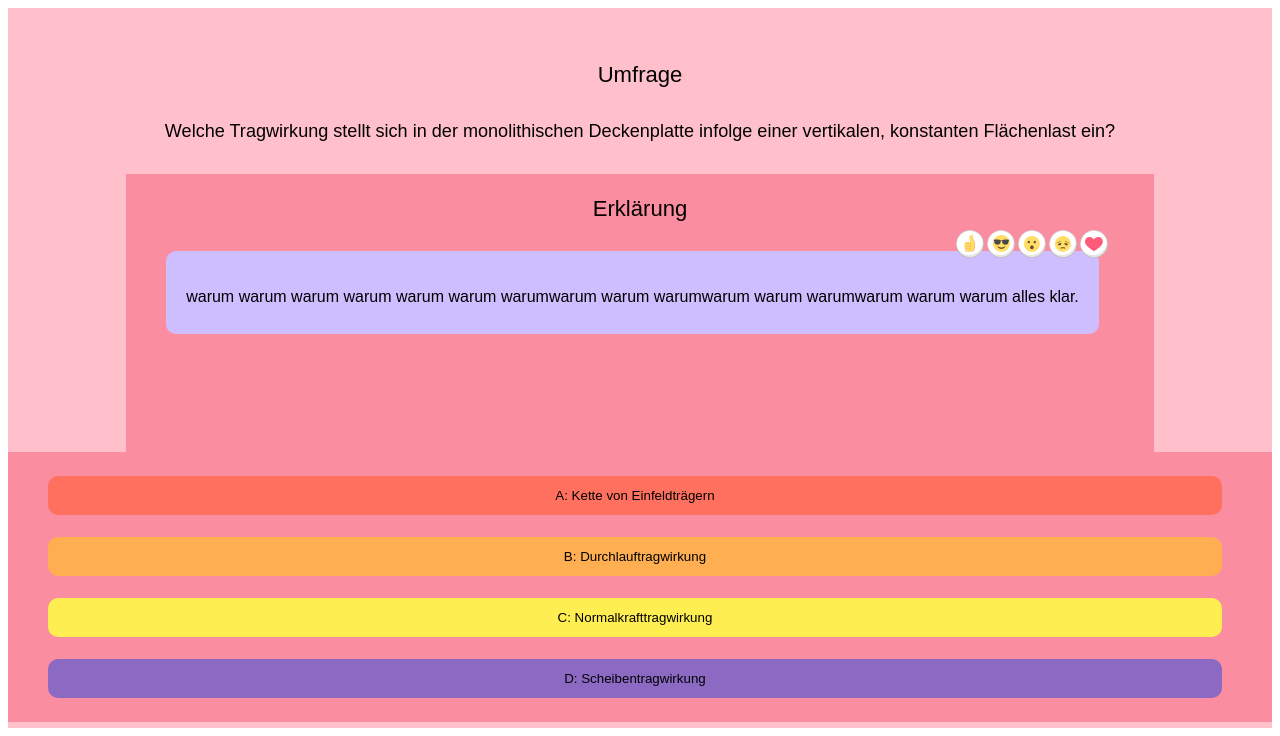
Repository: HyunraDate/Quinlan
Page: /Erklaerung
The author's editor kept a copy of each file at every save. The page is drawn from the files as they stood at one save, then again after the next save.
The browser window is 1280 px wide. The pictures show the whole page.
The project was rebuilt for these pictures with package versions that can differ from the ones it lists, and the page was loaded fresh each time. Also part of the build but not shown: vite.config.js, src/views/Ergebnis1.vue, src/views/Ergebnis2.vue.

Above is the page before, as saved 2023-07-25 15:17:37.

After the next save:
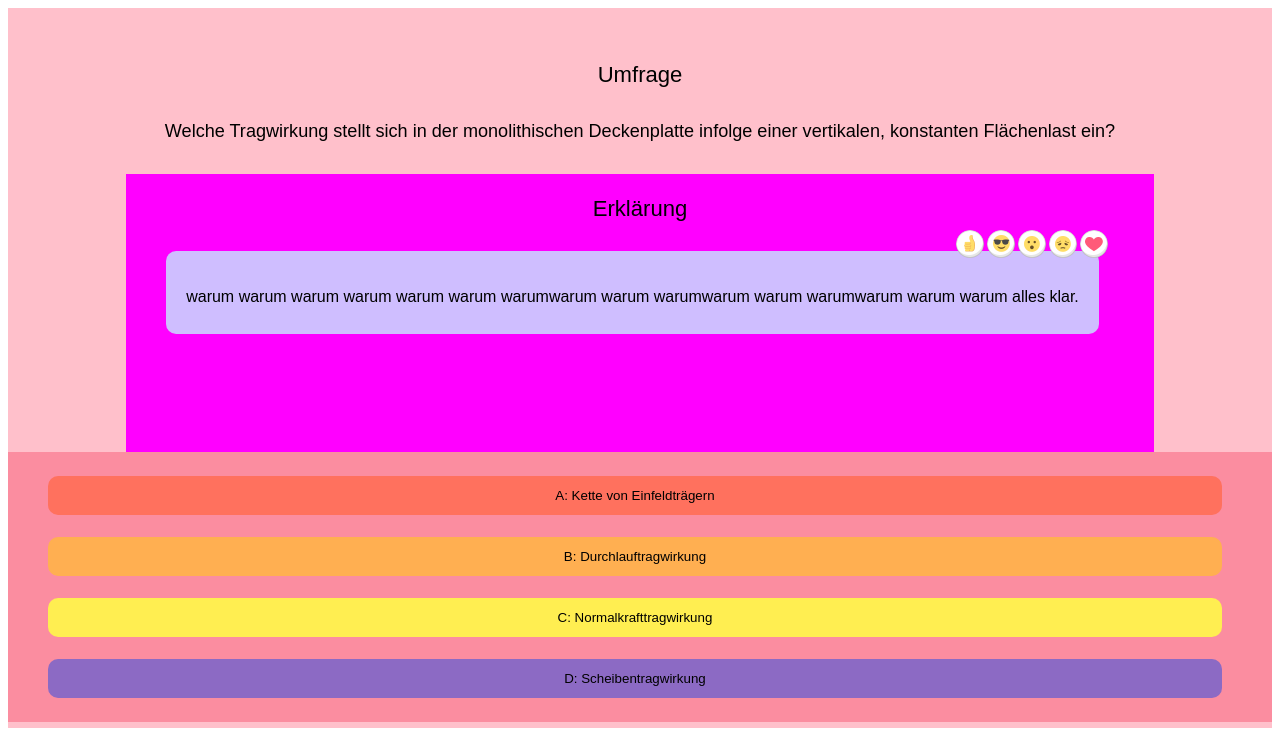
Saved 4 s later.
--- a/src/css/Step4.css
+++ b/src/css/Step4.css
@@ -123,7 +123,7 @@ html {
     padding-bottom: 4rem ;
     padding-left: 2.5rem;
     padding-right: 2.5rem;
-    background-color: #FB8DA0;
+    background-color: #ff00ff;
   }
   .space-y-10 > *:not(:first-child) {
     margin-top: 0.63rem;
